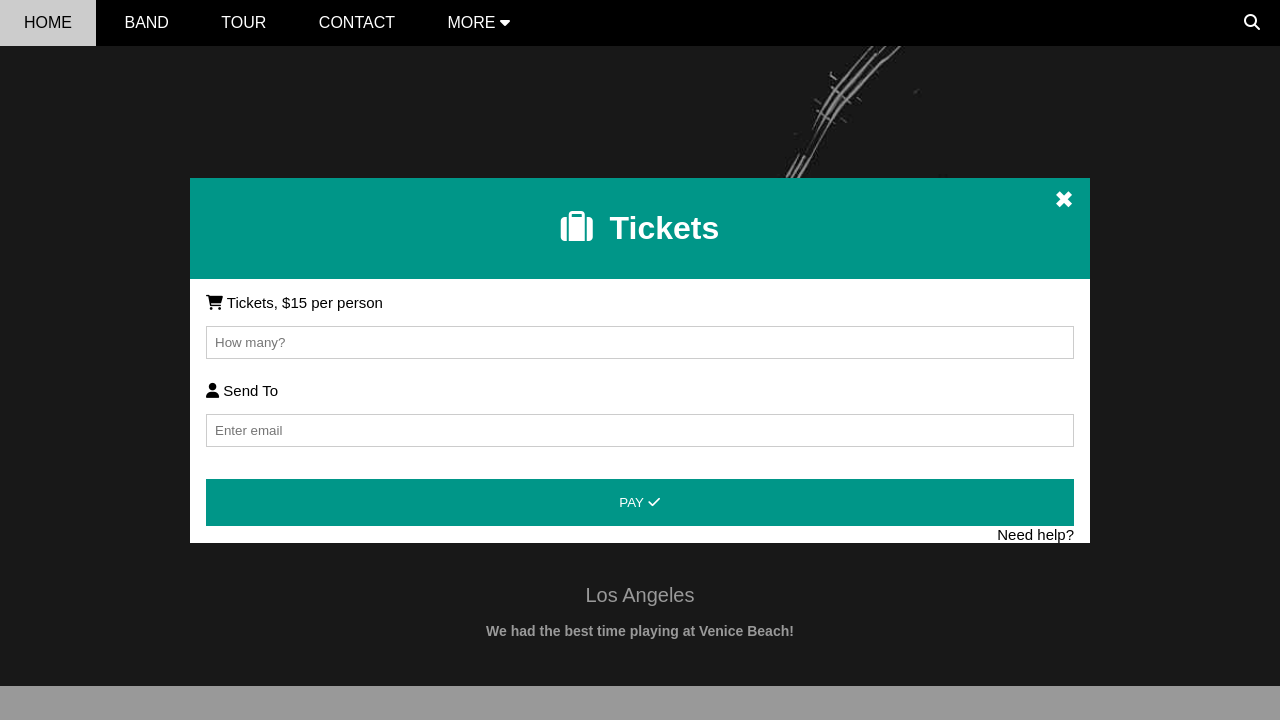
Repository: TranPhucThinh/clone-the-band
Page: index.html
An editor plug-in stored every save of this project. The page is shown before and after the next save, followed by the edit.
The browser window is 1280 px wide. The pictures show the window.
A layer covers the whole window, so only the first screen is drawn. Some web libraries are served in a nearby version.

Above is the page before, as saved 2022-08-04 16:23:49.

### index.html
<!DOCTYPE html>
<html lang="en">

<head>
    <meta charset="UTF-8">
    <meta http-equiv="X-UA-Compatible" content="IE=edge">
    <meta name="viewport" content="width=device-width, initial-scale=1.0">

    <title>The Band</title>

    <link rel="stylesheet" href="./assets/style.css">
    <link rel="stylesheet" href="https://cdnjs.cloudflare.com/ajax/libs/font-awesome/6.1.2/css/all.min.css">
</head>

<body>
    <div id="main">

        <div id="header">
            <ul id="nav">
                <li><a href="">Home</a></li>
                <li><a href="">Band</a></li>
                <li><a href="">Tour</a></li>
                <li><a href="">Contact</a></li>
                <li>
                    <a href="">
                        More
                        <i class="fa-solid fa-caret-down"></i>
                    </a>

                    <ul class="subnav">
                        <li><a href="">Merchandise</a></li>
                        <li><a href="">Extras</a></li>
                        <li><a href="">Media</a></li>
                    </ul>
                </li>
            </ul>

            <div class="search-btn">
                <i class="fa-solid fa-magnifying-glass"></i>
            </div>
        </div>

        <div id="slider">
            <div class="text-slider">
                <div class="slider-heading">Los Angeles</div>
                <div class="slider-title">We had the best time playing at Venice Beach!</div>
            </div>
        </div>

        <div id="content">
            <!-- Section About -->
            <div class="section-about">
                <div class="section-content">
                    <p class="title">The band</p>
                    <i class="subtitle">We love music</i>

                    <p class="desc">
                        We have created a fictional band website. Lorem ipsum dolor sit amet, consectetur adipiscing
                        elit,
                        sed
                        do eiusmod tempor incididunt ut labore et dolore magna aliqua. Ut enim ad minim veniam, quis
                        nostrud
                        exercitation ullamco laboris nisi ut aliquip ex ea commodo consequat. Duis aute irure dolor in
                        reprehenderit in voluptate velit esse cillum dolore eu fugiat nulla pariatur. Excepteur sint
                        occaecat
                        cupidatat non proident, sunt in culpa qui officia deserunt mollit anim id est laborum
                        consectetur
                        adipiscing elit, sed do eiusmod tempor incididunt ut labore et dolore magna aliqua. Ut enim ad
                        minim
                        veniam, quis nostrud exercitation ullamco laboris nisi ut aliquip ex ea commodo consequat.
                    </p>
                    <div class="member">
                        <div class="member-1">
                            <p>Name</p>
                            <img src="./assets/imgs/bandmember.jpg" alt="">
                        </div>
                        <div class="member-2">
                            <p>Name</p>
                            <img src="./assets/imgs/bandmember.jpg" alt="">
                        </div>
                        <div class="member-3">
                            <p>Name</p>
                            <img src="./assets/imgs/bandmember.jpg" alt="">
                        </div>
                    </div>
                </div>
            </div>
            <!-- End of Section About -->

            <!-- Section Tour Dates -->
            <div class="tour-date">
                <div class="section-content">
                    <p class="title">Tour dates</p>
                    <i class="subtitle">Remember to book your tickets!</i>

                    <ul class="ticket-state">
                        <li>September<span class="sold-out">Sold out</span></li>
                        <li>October<span class="sold-out">Sold out</span></li>
                        <li>November<span class="quantity">3</span></li>
                    </ul>

                    <div class="places-list">
                        <div class="place-item">
                            <img src="./assets/imgs/newyork.jpg" alt="" class="place-img">
                            <div class="place-content">
                                <p class="place">New York</p>
                                <p class="time">Fri 27 Nov 2016</p>
                                <p class="place-desc">Praesent tincidunt sed tellus ut rutrum sed vitae justo.</p>
                                <button class="buy-ticket-btn">Buy Tickets</button>
                            </div>
                        </div>
                        <div class="place-item">
                            <img src="./assets/imgs/paris.jpg" alt="" class="place-img">
                            <div class="place-content">

                                <p class="place">Paris</p>
                                <p class="time">Sat 28 Nov 2016</p>
                                <p class="place-desc">Praesent tincidunt sed tellus ut rutrum sed vitae justo.</p>
                                <button class="buy-ticket-btn">Buy Tickets</button>
                            </div>
                        </div>
                        <div class="place-item">
                            <img src="./assets/imgs/sanfran.jpg" alt="" class="place-img">
                            <div class="place-content">
                                <p class="place">San Francisco</p>
                                <p class="time">Sun 29 Nov 2016</p>
                                <p class="place-desc">Praesent tincidunt sed tellus ut rutrum sed vitae justo.</p>
                                <button class="buy-ticket-btn">Buy Tickets</button>
                            </div>
                        </div>
                    </div>
                </div>
            </div>
            <!-- End of Section Tour Dates -->

            <!-- Section Contact -->
            <div class="section-contact">
                <div class="section-content">
                    <p class="title">Contact</p>
                    <i class="subtitle">Fan? Drop a note!</i>

                    <div class="contact-content">
                        <div class="contact-by">
                            <div class="address"><i class="fa-solid fa-location-dot icon-contact"></i>Chicago, US</div>
                            <div class="phone"><i class="fa-solid fa-phone icon-contact"></i>Phone: +00 151515</div>
                            <div class="email"><i class="fa-solid fa-envelope icon-contact"></i>Email: mail@mail.com
                            </div>
                        </div>

                        <div class="send-msg">
                            <form action="">
                                <div class="info-user">
                                    <input type="text" required class="input field-name" placeholder="Name">
                                    <input type="text" required class="input field-email" placeholder="Email">
                                </div>
                                <input type="text" required class="input field-msg" placeholder="Message">
                                <button class="send-btn">SEND</button>
                            </form>
                        </div>
                    </div>
                </div>
            </div>
            <!-- End of Section Contact -->

            <!-- Section Map -->
            <div class="section-map">
                <img src="./assets/imgs/map.jpg" alt="">
            </div>
            <!-- End of Section Map -->
        </div>

        <div id="footer">
            <div class="social-icon">
                <i class="fa-brands fa-square-facebook"></i>
                <i class="fa-brands fa-square-instagram"></i>
                <i class="fa-brands fa-square-snapchat"></i>
                <i class="fa-brands fa-square-pinterest"></i>
                <i class="fa-brands fa-square-twitter"></i>
                <i class="fa-brands fa-linkedin"></i>
            </div>
            <p>Power by <a>w3.css</a></p>
        </div>

        <!-- Buy tickets modal section -->
        <div class="modal">
            <div class="modal-container">
                <div class="header-modal">
                    <h1><i class="fa-solid fa-suitcase"></i> Tickets</h1>
                    <div class="close-btn">✖</div>
                </div>

                <div class="body-modal">
                    <div class="quantity-ticket">
                        <label for="quantity-ticket">
                            <i class="fa-solid fa-cart-shopping"></i>
                            Tickets, $15 per person
                        </label>
                        <input type="text" placeholder="How many?" id="quantity-ticket">
                    </div>
                    <div class="send-to">
                        <label for="enter-email">
                            <i class="fa-solid fa-user"></i>
                            Send To
                        </label>
                        <input type="text" placeholder="Enter email" id="enter-email">
                    </div>

                    <button class="pay-btn">PAY <i class="fa-solid fa-check"></i></button>
                    <p>Need <a>help?</a></p>
                </div>
            </div>
        </div>
        <!-- End of Buy tickets modal section -->
    </div>

</body>

</html>

### assets/style.css
* {
  padding: 0;
  margin: 0;
  box-sizing: border-box;
}

html {
  font-family: Arial, Helvetica, sans-serif;
}

/* ----------------- Header Section ----------------- */
#header {
  height: 46px;
  background-color: #000;
  position: fixed;
  top: 0;
  right: 0;
  left: 0;
  z-index: 1;
}

#nav {
  display: inline-block;
}

#nav > li {
  display: inline-block;
}

#nav li {
  position: relative;
}

#nav > li > a {
  color: #fff;
  text-transform: uppercase;
}

#nav li a {
  line-height: 46px;
  padding: 0 24px;
  display: inline-block;
  text-decoration: none;
}

#nav > li:hover > a,
.subnav li:hover a {
  color: #000;
  background-color: #ccc;
}

#nav .subnav {
  display: none;
  position: absolute;
  background-color: #fff;
  box-shadow: 0 4px 10px 0 rgb(0 0 0 / 20%), 0 4px 20px 0 rgb(0 0 0 / 19%);
}

#nav li:last-child:hover .subnav {
  display: block;
}

#nav li:last-child:hover .fa-caret-down {
  color: #000;
}

#nav .subnav li {
  list-style-type: none;
}

#nav .subnav a {
  color: #000;
  display: block;
  line-height: 40px;
  padding: 0 32px;
}

#header .fa-solid {
  color: #fff;
}

.search-btn {
  float: right;
  line-height: 46px;
  padding: 0 20px;
}

.search-btn:hover {
  background-color: red;
  cursor: pointer;
}
/* ---------- End of Header Section ------------ */

/* -------------- Slider Section -------------- */
#slider {
  background-color: #fff;
  margin-top: 46px;
  padding-top: 50%;
  background: url('/assets/imgs/la.jpg') top center / cover no-repeat;
  position: relative;
}

#slider .text-slider {
  color: #fff;
  text-align: center;
  position: absolute;
  bottom: 47px;
  left: 50%;
  transform: translate(-50%);
}

#slider .slider-heading {
  font-size: 20px;
  margin-bottom: 16px;
}

#slider .slider-title {
  font-size: 14px;
  font-weight: 700;
}
/* ------------- End of Slider Section ------------- */

/* ------------- Content Section ----------------- */
/* About Section */
.section-content {
  max-width: 800px;
  margin: 0 auto;
  text-align: center;
  padding: 64px 0;
}

.section-content .title {
  font-size: 30px;
  text-transform: uppercase;
  letter-spacing: 4px;
  margin-bottom: 25px;
}

.section-content .subtitle {
  opacity: 0.6;
  font-size: 15px;
  margin-bottom: 15px;
  display: inline-block;
}

#content .desc {
  text-align: justify;
  font-size: 15px;
  line-height: 1.4;
  margin-bottom: 47px;
}

#content .member {
  display: flex;
  justify-content: space-around;
  margin-bottom: 32px;
}

.member p {
  margin-bottom: 15px;
}

.member img {
  width: 60%;
  border-radius: 8px;
}
/* End of About Section */

/* Tour date Section */
.tour-date {
  background-color: #000;
  color: #fff;
}

.ticket-state {
  text-align: start;
  list-style-type: none;
  margin-top: 25px;
}

.ticket-state li {
  padding: 8px 20px;
  background-color: #fff;
  color: #757575;
  border-bottom: 1px solid #ddd;
}

.ticket-state .sold-out {
  background-color: #f44336;
  color: #fff;
  padding: 4px 8px;
  margin-left: 12px;
}

.ticket-state .quantity {
  float: right;
  color: #fff;
  background-color: #000;
  width: 24px;
  height: 24px;
  text-align: center;
  line-height: 24px;
  border-radius: 50%;
  margin-top: -3px;
}

.places-list {
  padding: 32px 0;
  display: flex;
  margin: 0 -8px;
}

.place-item {
  width: 33.33%;
  padding: 0 8px;
}

.place-item img {
  width: 100%;
  display: block;
}

.place-content {
  background-color: #fff;
  color: #000;
  text-align: start;
  padding: 16px;
}

.place-content .place {
  margin-bottom: 16px;
  font-weight: 700;
}

.place-content .time {
  opacity: 0.6;
  font-size: 14px;
  margin-bottom: 16px;
}

.place-content .place-desc {
  margin-bottom: 16px;
}

.place-content .buy-ticket-btn {
  border: none;
  color: #fff;
  background-color: #000;
  padding: 12px 16px;
}

.place-content .buy-ticket-btn:hover {
  color: #000;
  background-color: #ccc;
  cursor: pointer;
}
/* End of Tour date Section */

/* Contact Section */
.contact-content {
  display: flex;
  justify-content: space-between;
  padding: 32px 0;
}

.contact-by {
  text-align: start;
}

.contact-by .icon-contact {
  width: 30px;
  margin-bottom: 8px;
}

.field-name {
  margin-right: 8px;
}

.field-msg {
  width: 100%;
  margin-top: 8px;
}

.input {
  padding: 8px;
}

.send-btn {
  border: none;
  background-color: #000;
  color: #fff;
  padding: 8px 16px;
  margin-top: 20px;
  float: right;
}

.send-btn:hover {
  color: #000;
  background-color: #ccc;
  cursor: pointer;
}
/* End of Contact Section */

/* Map Section */
.section-map img {
  width: 100%;
}
/* End of Map Section */
/* ------------- End of Content Section ------------- */

/* ----------------- Footer Section ----------------- */
#footer {
  padding: 64px;
}

.social-icon {
  font-size: 24px;
  opacity: 0.6;
  text-align: center;
}

.social-icon i {
  margin: 0 4px;
}

.social-icon i:hover {
  opacity: 0.4;
  cursor: pointer;
}

#footer p {
  margin: 15px;
  font-size: 15px;
  opacity: 0.6;
  text-align: center;
}

#footer a {
  text-decoration: underline;
  cursor: pointer;
}
/* -------------- End of Footer Section ----------------- */

/* -------------- Modal Section ----------------- */
.modal {
  position: fixed;
  right: 0;
  left: 0;
  top: 0;
  bottom: 0;
  background: rgba(0, 0, 0, 0.4);
  display: flex;
  align-items: center;
}

.modal-container {
  width: 900px;
  margin: 0 auto;
}

.header-modal {
  padding: 32px;
  background-color: #009688;
  text-align: center;
  color: #fff;
  position: relative;
}

.header-modal i {
  margin-right: 8px;
}

.close-btn {
  font-size: 24px;
  position: absolute;
  top: 0;
  right: 0;
  padding: 8px 16px;
}

.close-btn:hover {
  background-color: #ccc;
  color: #000;
  cursor: pointer;
}

.body-modal {
  background-color: #fff;
  padding: 0 16px;
  font-size: 15px;
}

.body-modal label {
  display: block;
  padding: 15px 0;
}

.body-modal input {
  width: 100%;
  padding: 8px;
  border: 1px solid #ccc;
  margin-bottom: 8px;
}

.pay-btn {
  border: none;
  width: 100%;
  background-color: #009688;
  color: #fff;
  padding: 16px;
  margin-top: 24px;
}

.body-modal p {
  text-align: right;
}

After the next save:
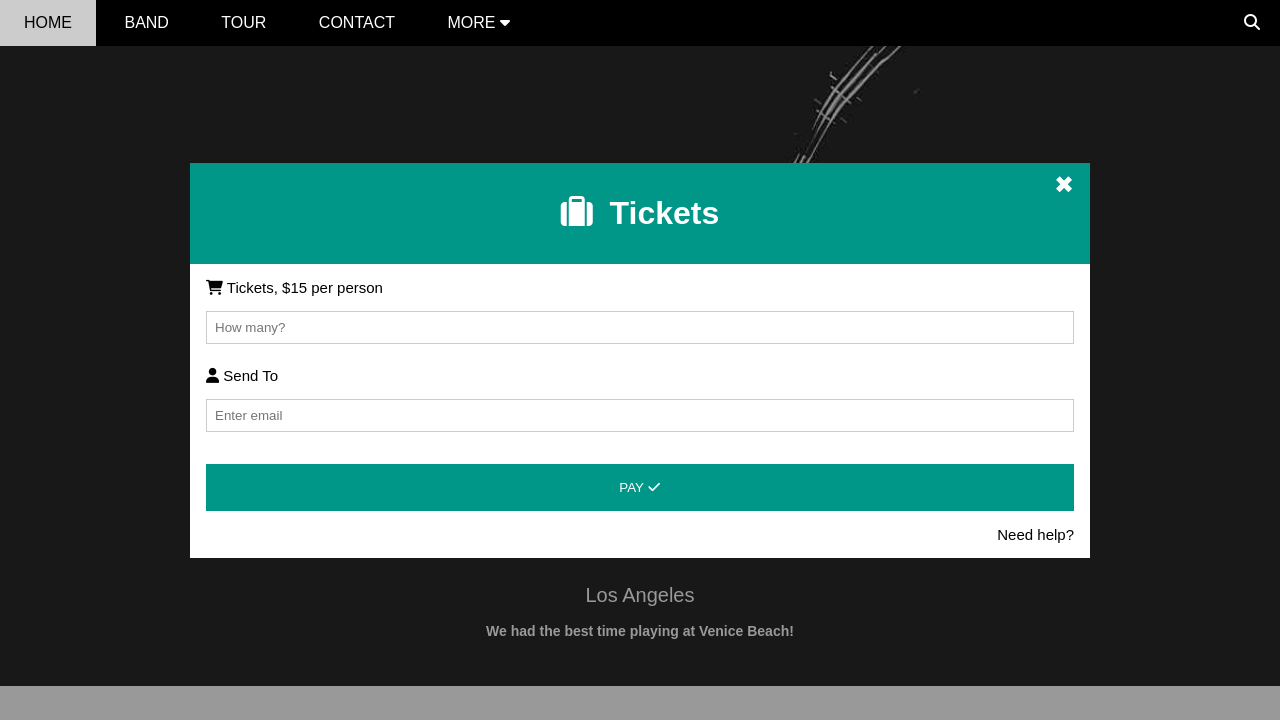
Saved 23 s later.
--- a/assets/style.css
+++ b/assets/style.css
@@ -413,4 +413,5 @@ html {
 
 .body-modal p {
   text-align: right;
-}
+  padding: 15px 0;
+}
